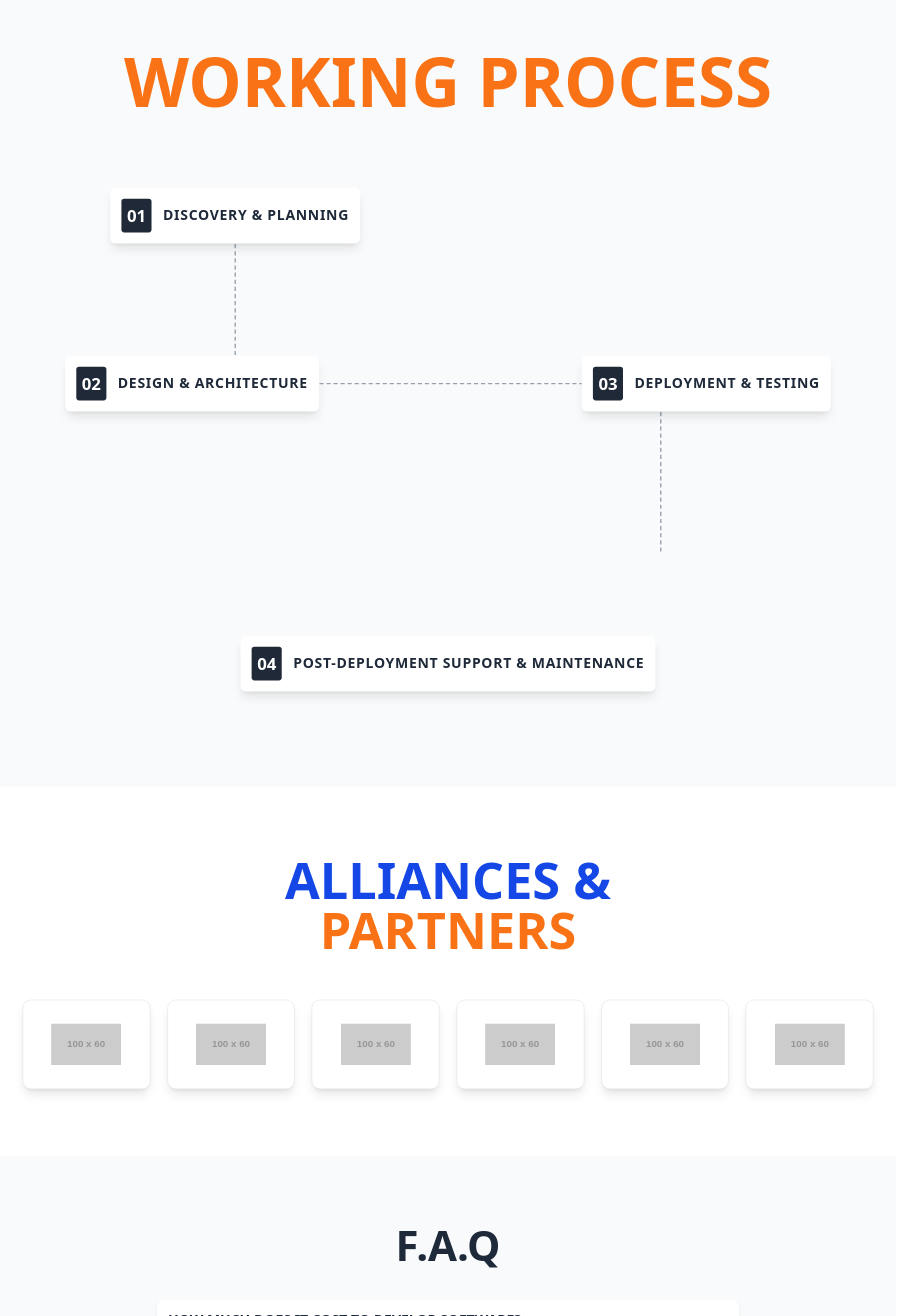
Repository: mdmuhibullahhabib/weboria
Page: /services
The author's editor kept a copy of each file at every save. The page is drawn from the files as they stood at one save, then again after the next save.
The browser window is 1280 px wide. The page is 1313 px wide, so the pictures cover 1313 px, including what lies to the right of the window. The pictures show the part of the page from y = 4620 to 6500 px (the page is 8322 px tall before and 7794 px after), at 70% of full size.
The project was rebuilt for these pictures with package versions that can differ from the ones it lists, and the page was loaded fresh each time. The framework's server and built-in components were replaced by stand-ins that run in the browser. Also part of the build but not shown: next.config.mjs.

Above is the page before, as saved 2025-10-05 15:58:30.

After the next save:
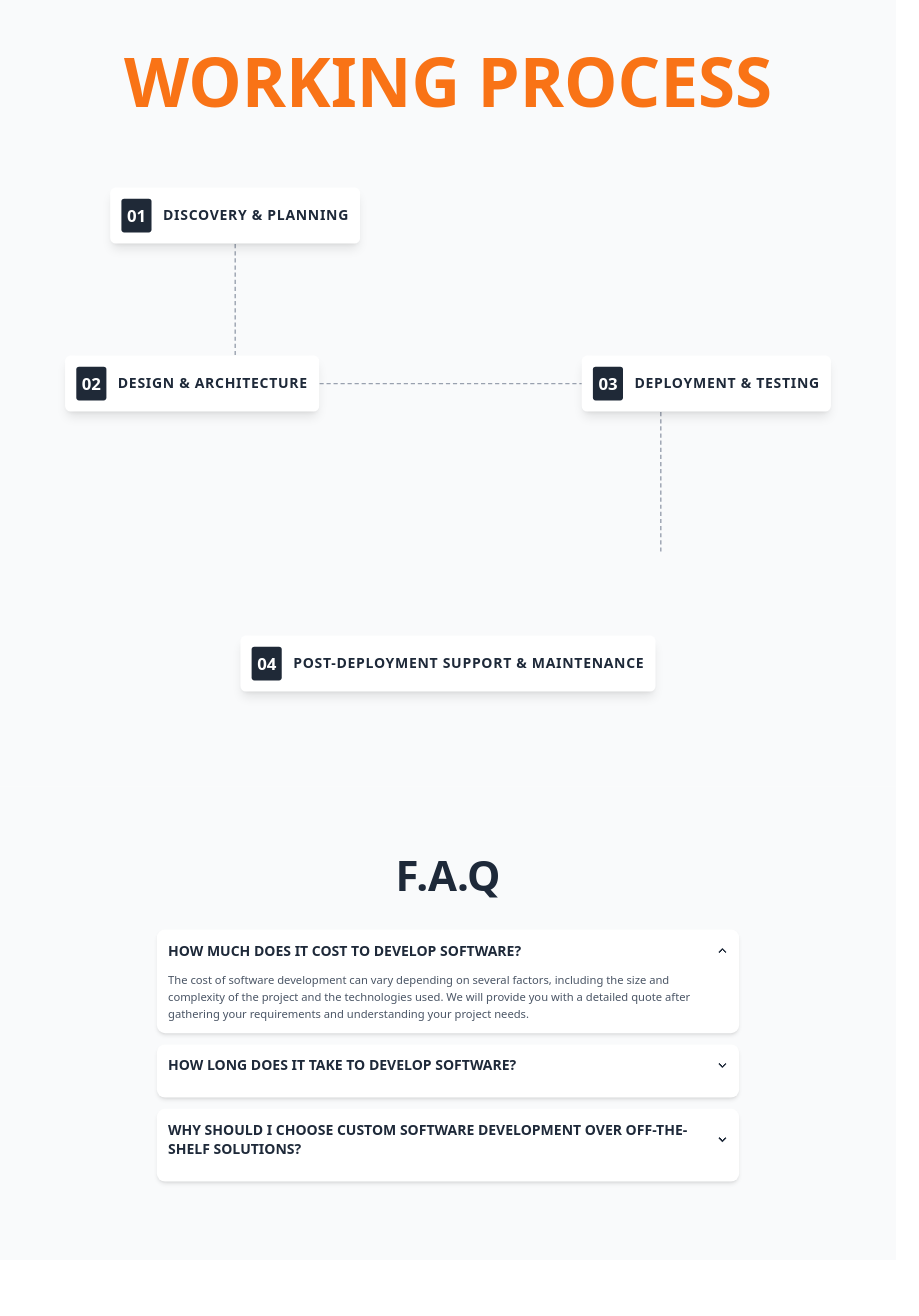
Saved 5 min 42 s later.
--- a/src/app/services/page.jsx
+++ b/src/app/services/page.jsx
@@ -456,10 +456,8 @@ const HeroSection = () => {
 
         {/* The new sections from the latest screenshots */}
         <WorkingProcessSection /> {/* NEW: Working Process (Screenshots 110 & 111) */}
-        <AlliancePartnersSection /> {/* NEW: Alliances & Partners (Screenshot 112) */}
         <FAQSection /> {/* NEW: F.A.Q. Section (Screenshot 114) */}
         <ContactSection /> {/* NEW: Contact Form (Screenshot 115) */}
-
         {/* Footer placeholder */}
         <footer className="footer footer-center p-8 bg-base-300 text-base-content">
           <aside>
